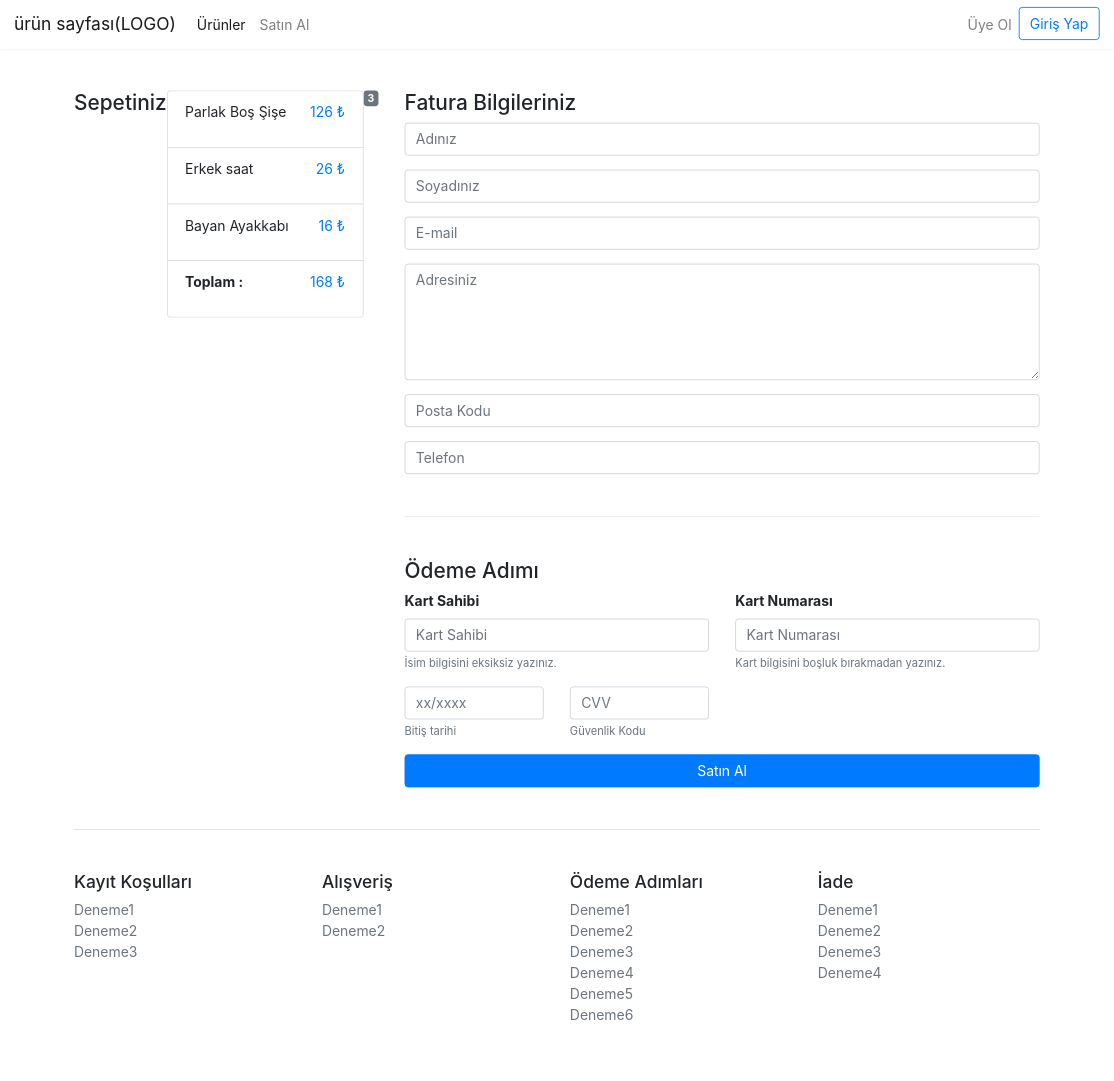
Repository: NergisAktug/E-Commerce-PythonWithFlask-Sqlite3
Page: templates/ödeme.html
These files come from the project's save history. The page is drawn as it stood at one moment and after the next save; the edit follows.
The browser window is 1280 px wide. The pictures show the whole page, at 87% of full size.

Above is the page before, as saved 2018-11-24 03:15:27.

After the next save:
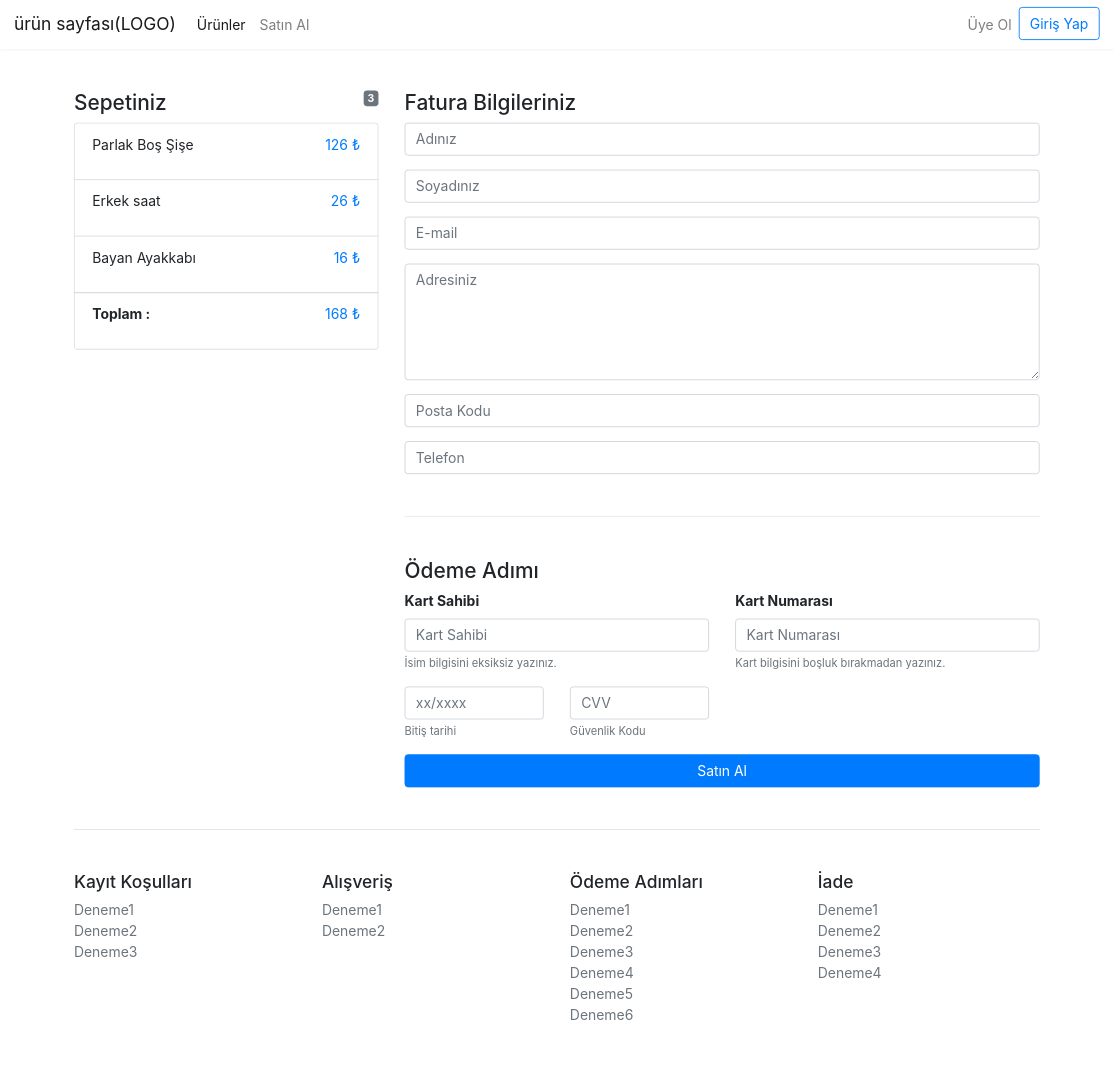
Saved 39 s later.
--- a/templates/ödeme.html
+++ b/templates/ödeme.html
@@ -44,6 +44,7 @@
                     <h4 class="float-left">Sepetiniz</h4>
                     <span class="badge badge-secondary float-right">3</span>
                 </div>
+                <div class="clearfix"></div>
                     <ul class="list-group">
                          <li class="list-group-item">
                              <p class="float-left">Parlak Boş Şişe</p>
